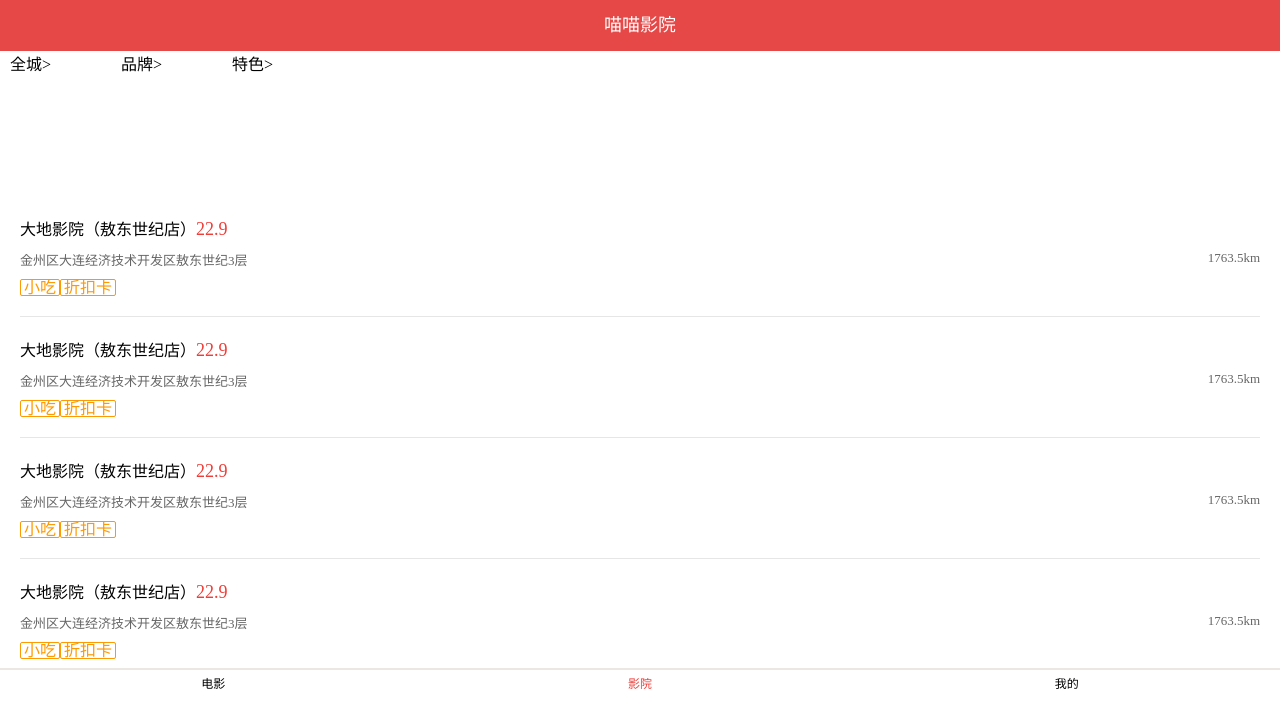
Repository: X-J-0/miaomiao_film
Page: /cinema (app in miaomiao/)
These files come from the project's save history. The page is drawn as it stood at one moment and after the next save; the edit follows.
The browser window is 1280 px wide. The pictures show the whole page.
The project was rebuilt for these pictures with package versions that can differ from the ones it lists, and the page was loaded fresh each time. Also part of the build but not shown: miaomiao/src/components/Allocate/index.vue. Imported but missing from the stored project, and not drawn on this page: miaomiao/src/components/Brand, miaomiao/src/components/Special.

Above is the page before, as saved 2020-03-24 19:42:53.

### miaomiao/public/index.html
<!DOCTYPE html>
<html lang="en">
  <head>
    <meta charset="utf-8">
    <meta http-equiv="X-UA-Compatible" content="IE=edge">
    <meta name="viewport" content="width=device-width,initial-scale=1.0,user-scalable=no">
    <link rel="icon" href="<%= BASE_URL %>favicon.ico">
    <link rel="stylesheet" href="<%= BASE_URL %>css/common.css">
    <!-- <link rel="stylesheet" href="<%= BASE_URL %>css/common.css"> -->
    <title><%= htmlWebpackPlugin.options.title %></title>
  </head>
  <body>
    <noscript>
      <strong>We're sorry but <%= htmlWebpackPlugin.options.title %> doesn't work properly without JavaScript enabled. Please enable it to continue.</strong>
    </noscript>
    <div id="app"></div>
    <!-- built files will be auto injected -->
  </body>
</html>

### miaomiao/src/App.vue
<template>
    <keep-alive>
        <router-view/>
    </keep-alive>
</template>

<style lang="scss">
</style>

### miaomiao/src/router/index.js
import Vue from 'vue'
import VueRouter from 'vue-router'
import movieRouter from './movie'
import mineRouter from './mine'
import cinemaRouter from './cinema'

Vue.use(VueRouter)


const router = new VueRouter({
  mode: 'history',
  base: process.env.BASE_URL,
  routes: [
    movieRouter,
    mineRouter,
    cinemaRouter,
    {
      path:'/*',
      redirect:'/movie'
    }
  ]
})

export default router

### miaomiao/src/router/movie/index.js
export default {
    path:'/movie',
    component : () => import('@/views/Movie'),
    children:[
        {
            path:'city',
            component:()=>import('@/components/City')
        },
        {
            path:'nowPlaying',
            component:()=>import('@/components/NowPlaying')
        },
        {
            path:'comingSoon',
            component:()=>import('@/components/ComingSoon')
        },
        {
            path:'search',
            component:()=>import('@/components/Search')
        },
        {
            path:'/movie',
            redirect:'/movie/nowPlaying'
        }
    ]
}

### miaomiao/src/router/mine/index.js
export default {
    path:'/mine',
    component : () => import('@/views/Mine'),
    children:[
        {
            path:'center',
            component:()=>import('@/views/Mine/center.vue')
        },
        {
            path:'login',
            component:()=>import('@/components/Login')
        },
        {
            path:'register',
            component:()=>import('@/components/Register')
        },
        {
            path:'findPassword',
            component:()=>import('@/components/FindPassword')
        },
        {
            path:'/mine',
            redirect:'center'
        }
    ]
}

### miaomiao/src/router/cinema/index.js
export default {
    path:'/cinema',
    component : () => import('@/views/Cinema'),
    children:[
        {
            path:'allocate',
            component:()=>import('@/components/Allocate')
        },
        {
            path:'brand',
            component:()=>import('@/components/Brand')
        },
        {
            path:'special',
            component:()=>import('@/components/Special')
        },
        {
            path:'/cinema',
            redirect:'/cinema/allocate'
        }
    ]
}

### miaomiao/src/views/Cinema/index.vue
<template>
    <div id="main">
        <Header title="喵喵影院" />
        <div id="content">
          <ul class="cinema_menu">
            <li class="city_switch">
              全城>
            </li>
            <li class="brand_switch">
              品牌>
            </li>
            <li class="feature_switch">
              特色>
            </li>
          </ul>
        </div>
        <Clist/>
        <TabBar />
    </div>
</template>

<script>

import Header from '@/components/Header';
import TabBar from '@/components/TabBar';
import Clist from '@/components/Clist';
export default {
  name:'Cinema',
    components : {
    Header,
    TabBar,
    Clist
  },
  data(){
   return {

   }
  }
}
</script>

<style scoped>
.cinema_menu li{
  margin-left:10px;
  margin-right:60px;
  float:left;
}
</style>

### miaomiao/src/components/Header/index.vue
<template>
    <header id="header">
        <h1>{{title}}</h1>
    </header>
</template>

<script>
export default {
  name:'Header',
  props:{
      title:{
          type:String,
          default:'喵喵电影'
      }
  }
}
</script>

<style scoped>
#header{width:100%;height:50px;color:#fff;background-color: #e54847;border-bottom:1px solid #e54847;position: relative;}
#header h1{font-size:18px;text-align: center;line-height: 50px; font-weight: normal;}
#header i{position:absolute;left:5px;top:50%;margin-top:-13px;font-size:26px;}
</style>

### miaomiao/src/components/TabBar/index.vue
<template>
    <footer id="footer">
        <ul>
            <router-link tag="li" to="/movie">
                <!-- <i class="iconfont icon-dianying"></i> -->
                <p>电影</p>
            </router-link>
            <router-link tag="li" to="/cinema">
                <!-- <i class="iconfont icon-yingyuan"></i> -->
                <p>影院</p>
            </router-link>
            <router-link tag="li" to="/mine">
                <!-- <i class="iconfont icon-dianying"></i> -->
                <p>我的</p>
            </router-link>
        </ul>
    </footer>
</template>

<script>
export default {
  name:'Footer',
  data(){
   return {

   }
  }
}
</script>

<style scoped>
#footer{width:100%; height:50px;background-color: #fff;border-top:2px #ebe8e3 solid;position:fixed;left:0;bottom:0;}
#footer ul{display:flex;text-align: center;height:50px;align-items:center;}
#footer ul li{flex:1;height:40px;}
#footer ul li.active{color:#f03d37;}
#footer ul li.router-link-active{color:#f03d37;}
#footer ul i{font-size:20px;}
#footer ul p{font-size:12px;line-height:18px;}
</style>

### miaomiao/src/components/Clist/index.vue
<template>
<div class="cinema_body">
    <ul>
        <li>
            <div>
                <span>大地影院（敖东世纪店）</span>
                <span class="q"><span class="price">22.9</span></span>
            </div>
            <div class="address">
                <span>金州区大连经济技术开发区敖东世纪3层</span>
                <span>1763.5km</span>
            </div>
            <div class="card">
                <div>小吃</div>
                <div>折扣卡</div>
            </div>
        </li>
        <li>
            <div>
                <span>大地影院（敖东世纪店）</span>
                <span class="q"><span class="price">22.9</span></span>
            </div>
            <div class="address">
                <span>金州区大连经济技术开发区敖东世纪3层</span>
                <span>1763.5km</span>
            </div>
            <div class="card">
                <div>小吃</div>
                <div>折扣卡</div>
            </div>
        </li>
        <li>
            <div>
                <span>大地影院（敖东世纪店）</span>
                <span class="q"><span class="price">22.9</span></span>
            </div>
            <div class="address">
                <span>金州区大连经济技术开发区敖东世纪3层</span>
                <span>1763.5km</span>
            </div>
            <div class="card">
                <div>小吃</div>
                <div>折扣卡</div>
            </div>
        </li>
        <li>
            <div>
                <span>大地影院（敖东世纪店）</span>
                <span class="q"><span class="price">22.9</span></span>
            </div>
            <div class="address">
                <span>金州区大连经济技术开发区敖东世纪3层</span>
                <span>1763.5km</span>
            </div>
            <div class="card">
                <div>小吃</div>
                <div>折扣卡</div>
            </div>
        </li>
    </ul>
</div>
</template>

<script>
export default {
  name:'Clist',
  data(){
   return {

   }
  }
}
</script>

<style scoped>
#content .cinema_body{flex:1;overflow:auto;}
.cinema_body ul{padding:20px;}
.cinema_body li{border-bottom:1px solid #e6e6e6;margin-bottom:20px;}
.cinema_body div{margin-bottom:10px;}
.cinema_body .q{font-size:11px;color:#f03d37;}
.cinema_body .price{font-size:18px;}
.cinema_body .address{font-size:13px;color:#666;}
.cinema_body .address span:nth-of-type(2){float:right;}
.cinema_body .card{display:flex;}
.cinema_body .card div{padding:0 3px;height:15px;line-height: 15px;border-radius: 2px;color:#f90;border:1px solid #f90;}
.cinema_body .card div.or{color:#f90;border:1px solid #f90;}
.cinema_body .card div.bl{color:#589daf;border:1px solid #589daf;}
</style>

### miaomiao/public/css/common.css
*{ margin : 0; padding : 0;}
ul,li{ list-style: none}
img{ display: block}
html, body{ height:100%}
.clearfix:after{ content:""; display:block; clear:both}
#main{ height: 100%; display: flex; flex-direction: column;}
#content{ flex:1; overflow:auto; margin-bottom: 50px;position: relative;display: flex;flex-direction: column;}

Loaded but not shown: miaomiao/src/main.js (common file); miaomiao/src/store/index.js (common file)

After the next save:
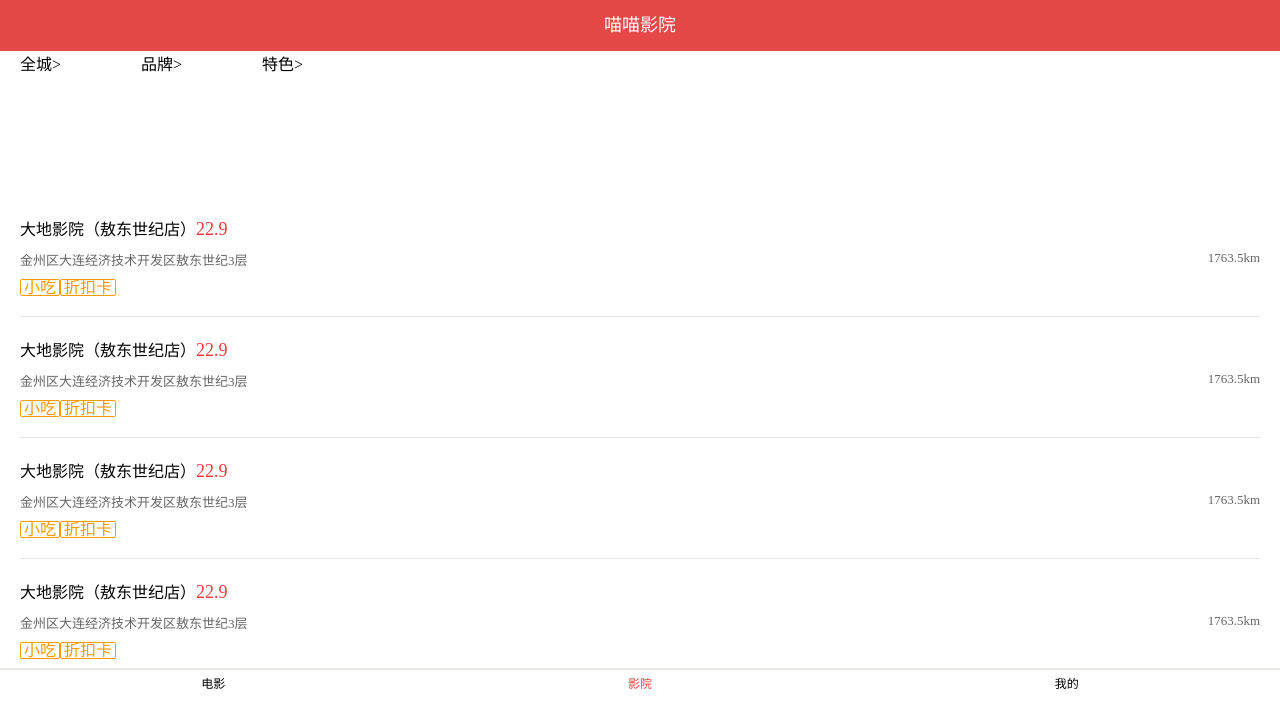
Saved 11 s later.
--- a/miaomiao/src/views/Cinema/index.vue
+++ b/miaomiao/src/views/Cinema/index.vue
@@ -41,7 +41,7 @@ export default {
 
 <style scoped>
 .cinema_menu li{
-  margin-left:10px;
+  margin-left:20px;
   margin-right:60px;
   float:left;
 }
